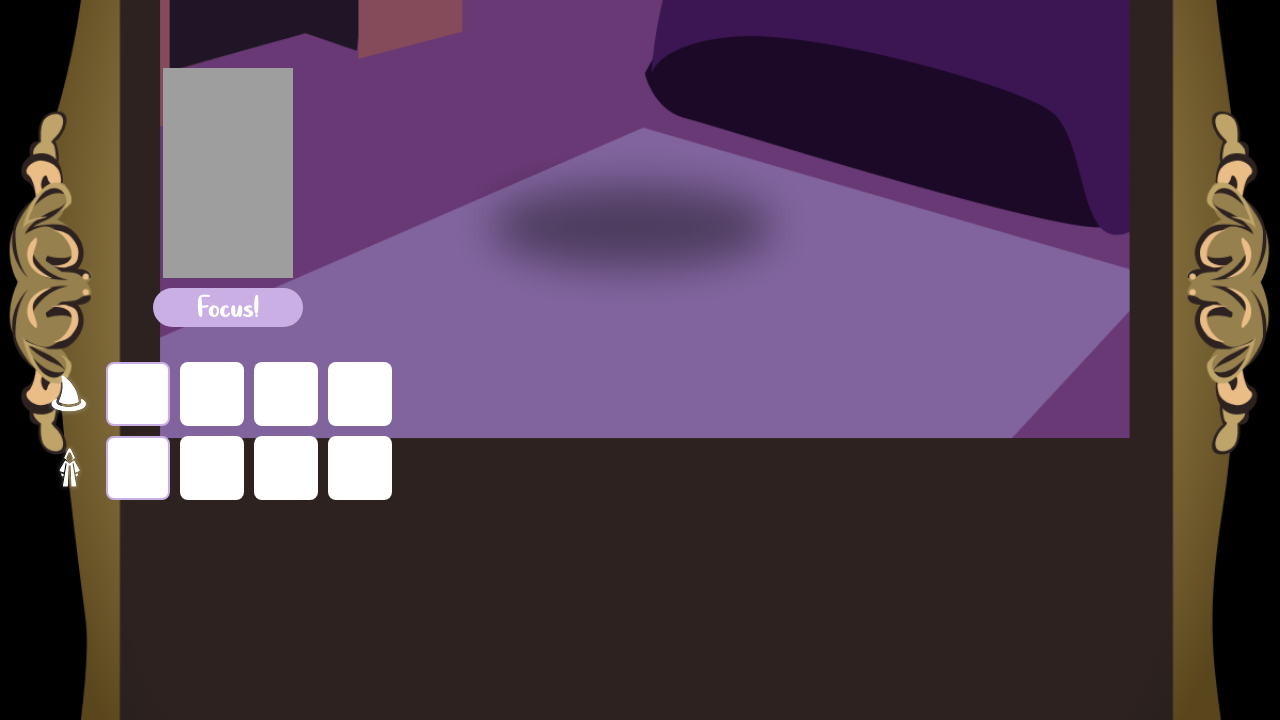
Repository: zhangolivia7/Little-Witch-Alcove
Page: popup.html
The author's editor kept a copy of each file at every save. The page is drawn from the files as they stood at one save, then again after the next save.
The browser window is 1280 px wide. The pictures show the whole page.
Pictures or frames that could not be fetched are drawn as grey boxes.

Above is the page before, as saved 2025-11-15 16:50:36.

After the next save:
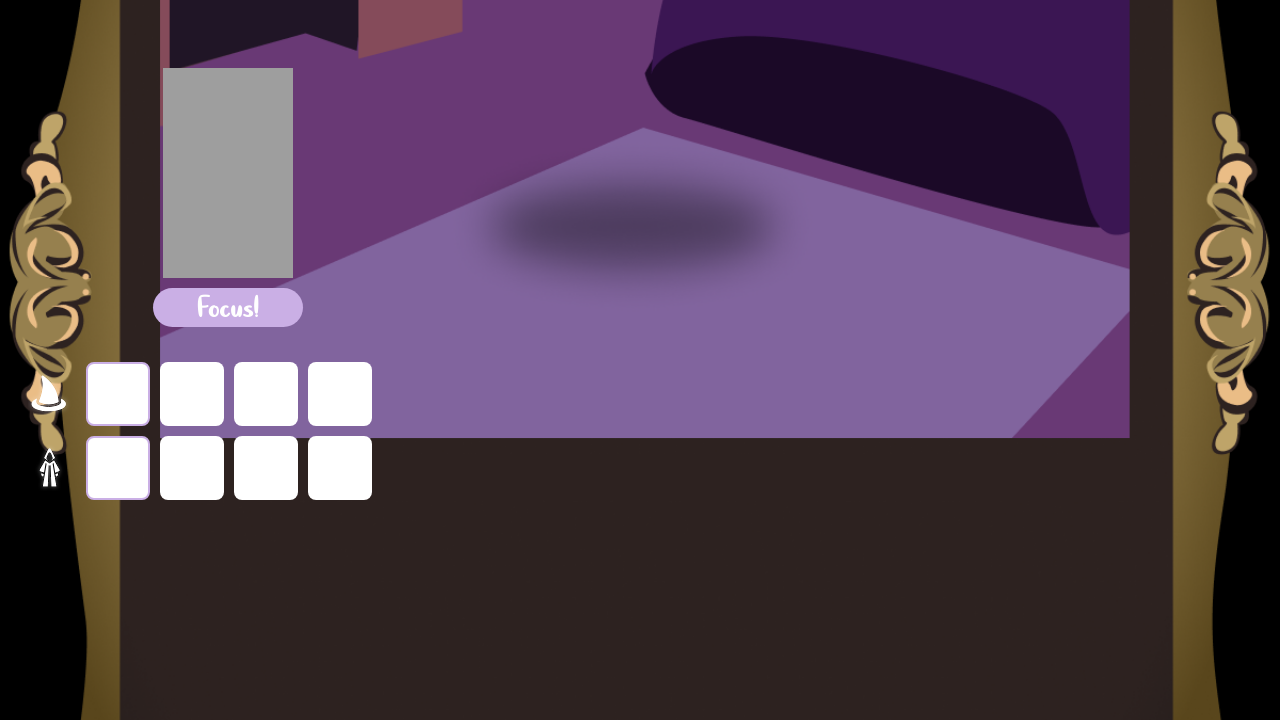
Saved 20 s later.
--- a/popup.css
+++ b/popup.css
@@ -49,9 +49,9 @@
   .category-row {
     display: flex;
     align-items: center;
+    justify-content: center;
     margin-bottom: 10px;
     gap: 10px;
-    margin-left: 20px;
   }
 
   .category-icon {

After the save that followed:
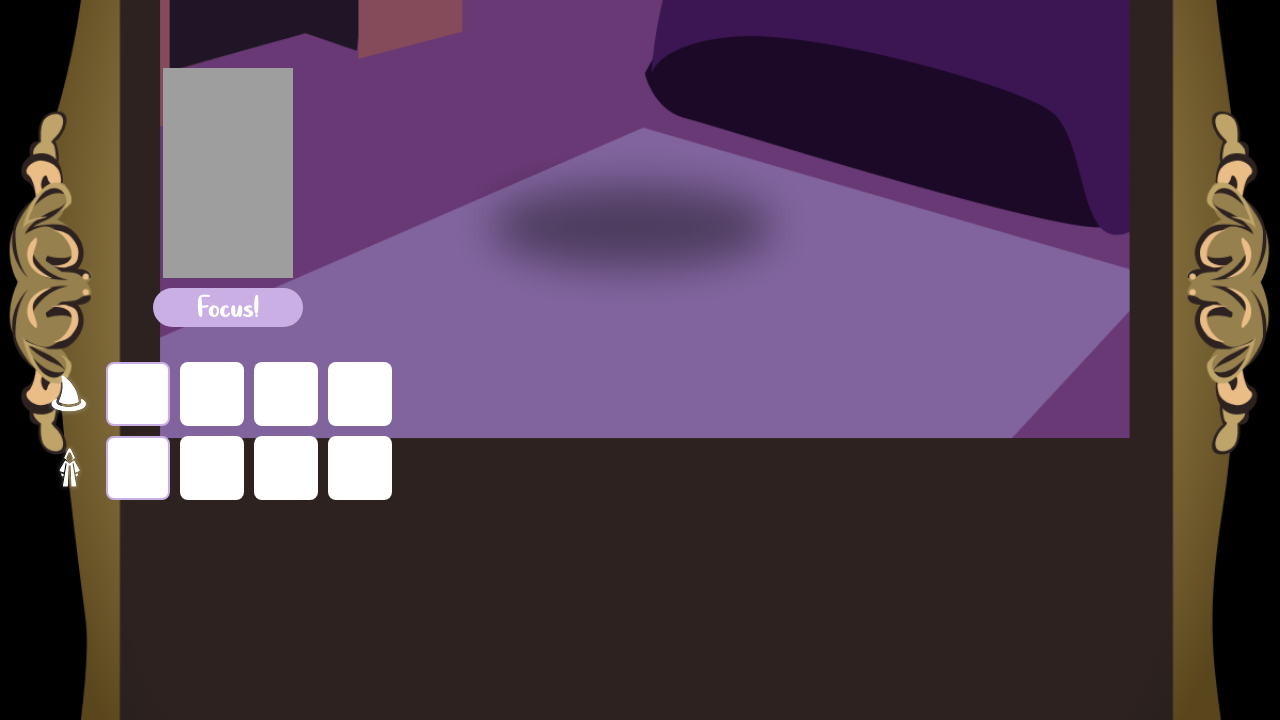
Saved 3 min 40 s later.
--- a/popup.css
+++ b/popup.css
@@ -49,9 +49,9 @@
   .category-row {
     display: flex;
     align-items: center;
-    justify-content: center;
     margin-bottom: 10px;
     gap: 10px;
+    margin-left: 20px;
   }
 
   .category-icon {
